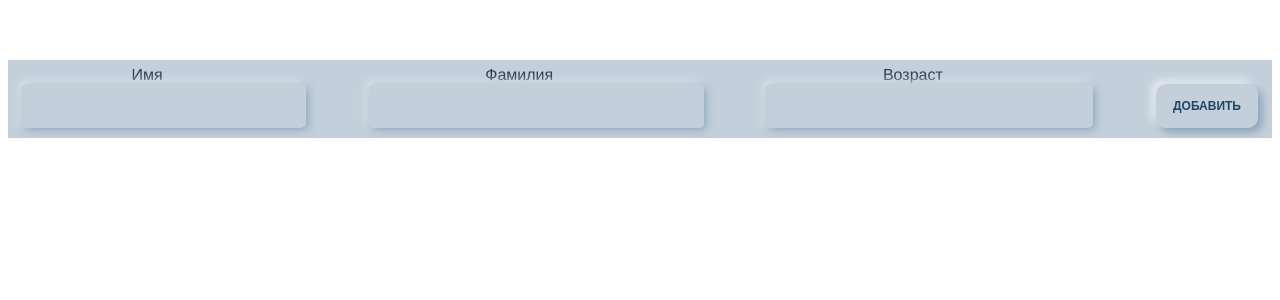
Repository: shum89/test-vue-table
Page: /
The author's editor kept a copy of each file at every save. The page is drawn from the files as they stood at one save, then again after the next save.
The browser window is 1280 px wide. The pictures show the whole page.
The project was rebuilt for these pictures with package versions that can differ from the ones it lists, and the page was loaded fresh each time. Also part of the build but not shown: vue.config.js.

Above is the page before, as saved 2021-07-18 16:29:45.

After the next save:
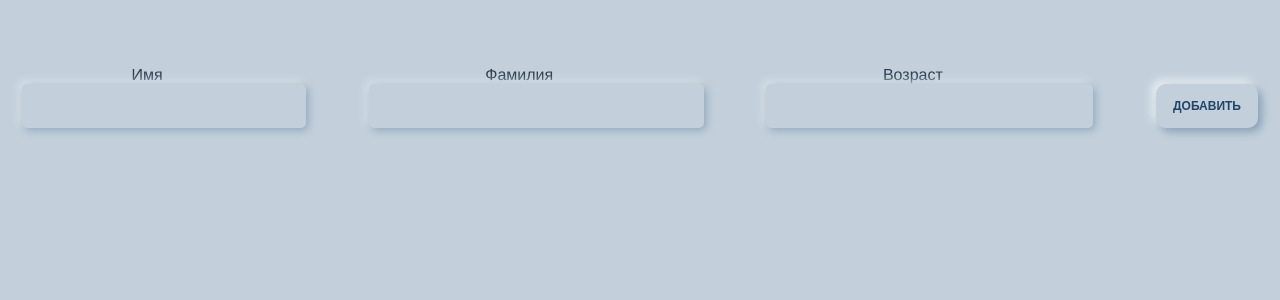
Saved 50 s later.
--- a/src/App.vue
+++ b/src/App.vue
@@ -58,6 +58,7 @@ body {
   --input-shadow-active: inset 2px 2px 6px var(--base3), inset -2px -2px 6px var(--base1),
     1px 1px 6px var(--base3), -1px -1px 6px var(--base1);
   --shadow-transition: all 0.25s cubic-bezier(0.17, 0.67, 0.83, 0.67);
+  background: var(--base2);
 }
 fieldset {
   border: none;
@@ -69,7 +70,6 @@ fieldset {
   text-align: center;
   color: #2c3e50;
   margin-top: 60px;
-  background: var(--base2);
   box-sizing: border-box;
 }
 .table__row-group {
